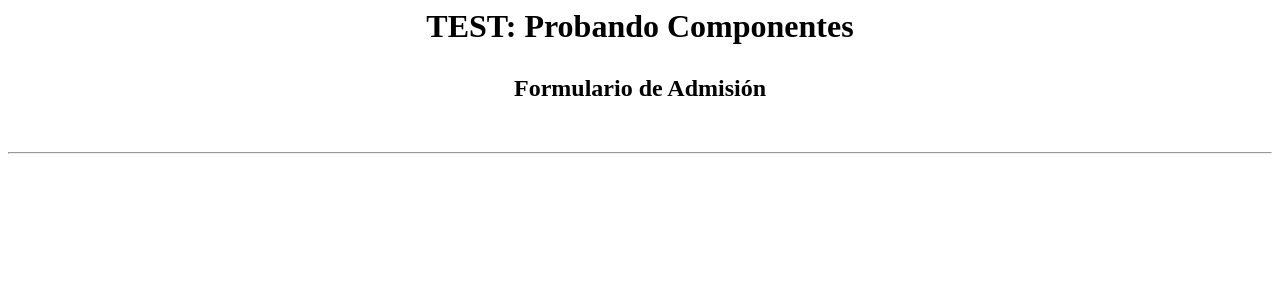
Repository: MatiNicolasur/Academia-de-matematicas
Page: frontend/src/app/app.html
These files come from the project's save history. The page is drawn as it stood at one moment and after a run of saves; the edit follows.
The browser window is 1280 px wide. The pictures show the whole page.

Above is the page before, as saved 2025-11-13 03:25:56.

### frontend/src/app/app.html
<h1 style="text-align: center; margin-bottom: 30px;">
  TEST: Probando Componentes
</h1>

<section style="margin-bottom: 50px;">
  <h2 style="text-align: center;">Formulario de Admisión</h2>
  <app-admision></app-admision>
</section>

<hr>

<section style="margin-top: 50px;">
  <h2 style="text-align: center;"></h2>
</section>

After the next 2 saves:
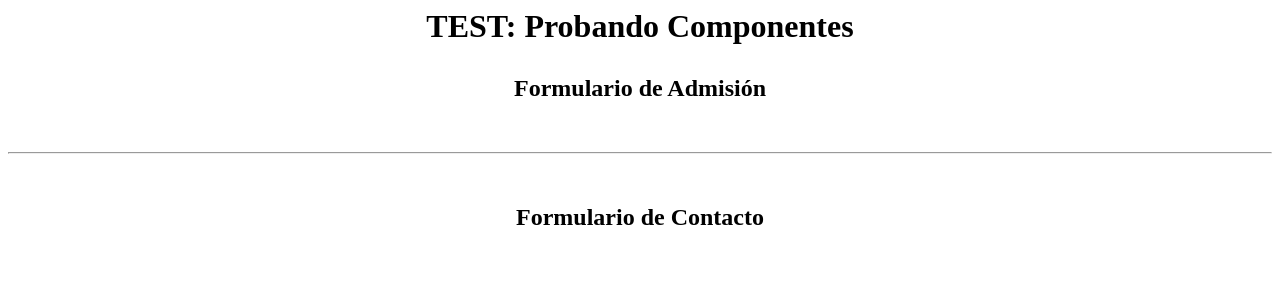
The 2 saves are shown as one change because they came seconds apart.
The last was saved 9 s later.
--- a/frontend/src/app/app.html
+++ b/frontend/src/app/app.html
@@ -10,5 +10,6 @@
 <hr>
 
 <section style="margin-top: 50px;">
-  <h2 style="text-align: center;"></h2>
+  <h2 style="text-align: center;">Formulario de Contacto</h2>
+
 </section>
